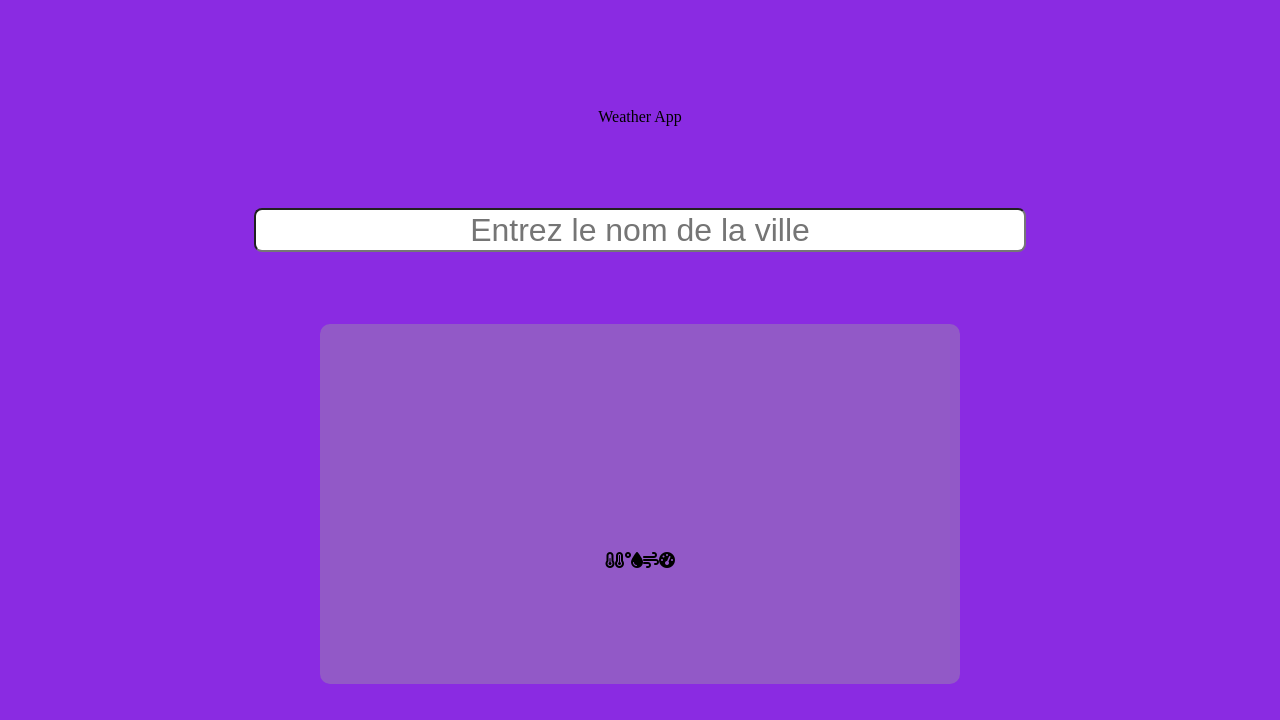
Repository: JeffnyAugustin/MyWeatherApp
Page: index.html
These files come from the project's save history. The page is drawn as it stood at one moment and after the next save; the edit follows.
The browser window is 1280 px wide. The pictures show the whole page.

Above is the page before, as saved 2023-11-14 18:01:56.

### index.html
<!DOCTYPE html>
<html lang="fr">

<head>
    <meta charset="UTF-8">
    <meta http-equiv="X-UA-Compatible" content="IE=edge">
    <meta name="viewport" content="width=device-width, initial-scale=1.0">
    <link rel="stylesheet" href="https://cdnjs.cloudflare.com/ajax/libs/font-awesome/6.4.0/css/all.min.css"
        integrity="sha512-iecdLmaskl7CVkqkXNQ/ZH/XLlvWZOJyj7Yy7tcenmpD1ypASozpmT/E0iPtmFIB46ZmdtAc9eNBvH0H/ZpiBw=="
        crossorigin="anonymous" referrerpolicy="no-referrer" />

    <link rel="stylesheet" href="/css/style.css">
    <title>My Weather App</title>
</head>

<body>

    <div id="container">
        <h1></h1> Weather App
    </div>

    <script src="/js/script.js"></script>
</body>

</html>

### css/style.css
* {
    padding : 0;
    margin: 0;
}

body {
display: flex;
justify-content: center;
}

#container {
    background-color: blueviolet;
    height: 100vh;
    width: 100vw;
    display: flex;
    flex-direction: column;
    align-items: center;
    justify-content: space-around;

}

#searchBox {
    text-align: center;
    width: 60%;
    height: 40px;
    border-radius: 8px;
    margin-top: 10px;
    font-size: 2rem;
}


#allTogether {
    width: 50VW;
    height: 50VH;
    display: flex;
    flex-direction: column;
    justify-content: space-evenly;
    align-items: center;
    background-color: rgb(158 158 158 / 40%);
    border-radius: 10px;
}

div#meteoElement {
    display: flex;
    flex-direction: row;
    justify-content: space-around;
    flex-wrap: wrap;
}

div#cityElement {
    display: flex;
    flex-direction: row;
    gap: 10px;
}

p {
    font-size: 2rem;
    color: white;
}

p.cityName {
    text-align: center;
}

### js/script.js
// Clé D'api
const API_KEY = "b476218e49ef0d0755a713e9ba77f79a";
// Lien vers L'api finissant par une recherche
const API_URL = `https://api.openweathermap.org/data/2.5/forecast?appid=${API_KEY}&units=metric&lang=fr&q=`;


const divContain = document.getElementById("container");
divContain.id = "container";

// Création barre de recherche
const inputSearch = document.createElement("input");
inputSearch.id = "searchBox";
inputSearch.type = "text";
inputSearch.placeholder = "Entrez le nom de la ville"; // Ajout du placeholder

// Création de div
const newDiv = document.createElement("div");
newDiv.id = "allTogether";

const infoCityDiv = document.createElement("div");
infoCityDiv.id = "cityDescription";


// Création de div oiuyr stocker img + description
const cityImgDiv = document.createElement("div");
cityImgDiv.id = "cityElement";

// Création de div pour afficher les informations météorologiques
const weather = document.createElement("div");
weather.id = "meteoElement";

// Création balise paragraphe pour collecter le nom de la ville
const cityName = document.createElement("p");
cityName.className = "cityName";

// Création de div pour afficher la température
const temperatureDiv = document.createElement("div");
temperatureDiv.className = "temperature-container";

// Création balise paragraphe
const temperature = document.createElement("p");
temperature.className = "temps";

// Création de div pour afficher le temps ressenti
const feelsLikeDiv = document.createElement("div");
feelsLikeDiv.className = "feels-like-container";

// Création balise paragraphe pour la sensation thermique
const feelsLike = document.createElement("p");
feelsLike.className = "feels-like";

// Création de div pour afficher l'humidité
const humidityDiv = document.createElement("div");
humidityDiv.className = "humidity-container";

// Création de balise paragraphe pour l'humidité
const humidity = document.createElement("p");
humidity.className = "humidity";

// Création de div pour afficher le vent
const windDiv = document.createElement("div");
windDiv.className = "wind-container";

// Création de balise wind
const DataWind = document.createElement("p");
DataWind.className = "wind";



// Création de div pour l'humidité
const pressureDiv = document.createElement("div");
pressureDiv.className = "pressure-container";

// Création de balise paragraphe pour la pression atmosphérique
const pressure = document.createElement("p");
pressure.className = "pressure";

// Création de div pour afficher la description
const descriptionDiv = document.createElement("div");
descriptionDiv.className = "description-container";

// Création de balise paragraphe pour la description
const description = document.createElement("p");
description.className = "description";



// Création balise image
const image = document.createElement("img");

// Création balise icône pour la température
const temperatureIcon = document.createElement("i");
temperatureIcon.className = "fas fa-thermometer-half";

// Création balise icône pour la sensation thermique
const feelsLikeIcon = document.createElement("i");
feelsLikeIcon.className = "fas fa-temperature-high";

// Création balise icône pour l'humidité
const humidityIcon = document.createElement("i");
humidityIcon.className = "fas fa-tint";

// Création balise icône pour le vent
const windIcon = document.createElement("i");
windIcon.className = "fas fa-wind";

// Création balise icône pour la pression
const pressureIcon = document.createElement("i");
pressureIcon.className = "fas fa-tachometer-alt";



temperatureDiv.append(temperatureIcon, temperature); // ajout de l'icône

feelsLikeDiv.append(feelsLikeIcon, feelsLike); // ajout de l'icône

humidityDiv.append(humidityIcon, humidity); // ajout de l'icône

windDiv.append(windIcon, DataWind); // ajout de l'icône

pressureDiv.append(pressureIcon, pressure)

descriptionDiv.appendChild( description); // ajout de l'icône




// Function to format the date and time
function formatDateTime() {
    const currentDate = new Date();
    const options = { weekday: 'long', year: 'numeric', month: 'long', day: 'numeric', hour: 'numeric', minute: 'numeric', second: 'numeric'};
    return currentDate.toLocaleDateString('fr-FR', options);
}

// Create a div to display the date and time
    const dateTimeDiv = document.createElement("div");
    dateTimeDiv.id = "dateTime";
    infoCityDiv.appendChild(dateTimeDiv);

function checkWeather(city) {
    fetch(API_URL + city)
        .then(res => {
            if (!res.ok) {
                throw new Error("La ville n'a pas été trouvée");
            }
            return res.json();
        })
        .then(data => {
            cityName.textContent = data.city.name;
            image.src = `http://openweathermap.org/img/w/${data.list[0].weather[0].icon}.png`;

            description.textContent = data.list[0].weather[0].description;
            temperature.innerHTML = ` Température :  ${Math.round(data.list[0].main.temp)}°C `;
            feelsLike.textContent = "Temps Ressenti : " + Math.round(data.list[0].main.feels_like) + "°C";
            humidity.textContent = "humidityIcon : " + data.list[0].main.humidity + "%";
            DataWind.textContent = "Vitesse du vent : " + Math.floor(data.list[0].wind.speed) + " Km/h";
            pressure.textContent = "Pression : " + data.list[0].main.pressure + " hPa";

               // Display the date and time
               dateTimeDiv.textContent = "Date du jour : " + formatDateTime();

        })
        .catch(error => {
            console.error("Erreur de requête :", error.message);
            // Ajoutez ici un traitement pour informer l'utilisateur de l'erreur
        });
}

inputSearch.addEventListener("change", () => {
    checkWeather(inputSearch.value);
});


weather.append(temperatureDiv, feelsLikeDiv, humidityDiv, windDiv, pressureDiv); // ajout des éléments Weather
newDiv.append(infoCityDiv, weather); // ajout du conteneur Weather à newDiv
infoCityDiv.append(cityName, cityImgDiv)
cityImgDiv.append(image, descriptionDiv)
divContain.append(inputSearch, newDiv); // ajout de tous les éléments à divContain
document.body.appendChild(divContain);



// Mise à jour des informations météorologiques toutes les 5 minutes
setInterval(function () {
    // Ici, mettre à jour les informations de la météo à l'aide de l'API ou d'autres sources
    // Vous pouvez appeler la fonction checkWeather avec la dernière ville recherchée
    checkWeather(inputSearch.value);
}, 5 * 60 * 1000);

After the next save:
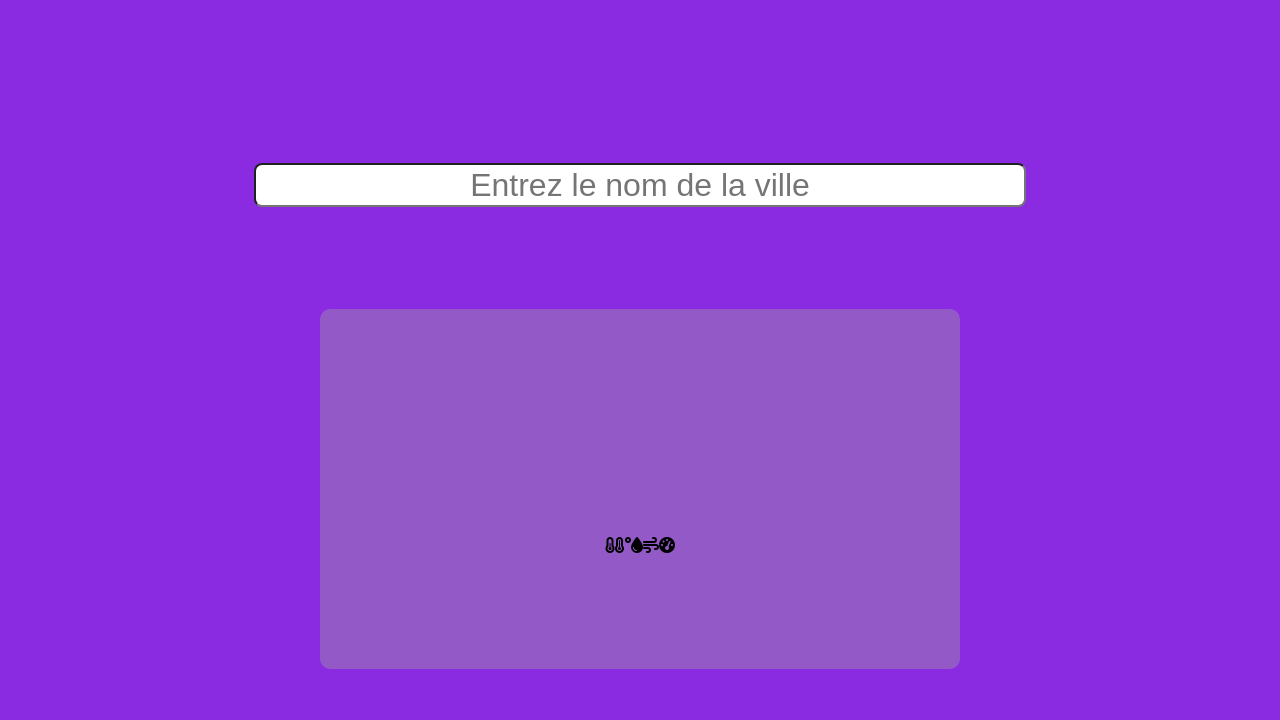
Saved 7 s later.
--- a/index.html
+++ b/index.html
@@ -16,7 +16,7 @@
 <body>
 
     <div id="container">
-        <h1></h1> Weather App
+        <h1></h1>
     </div>
 
     <script src="/js/script.js"></script>
